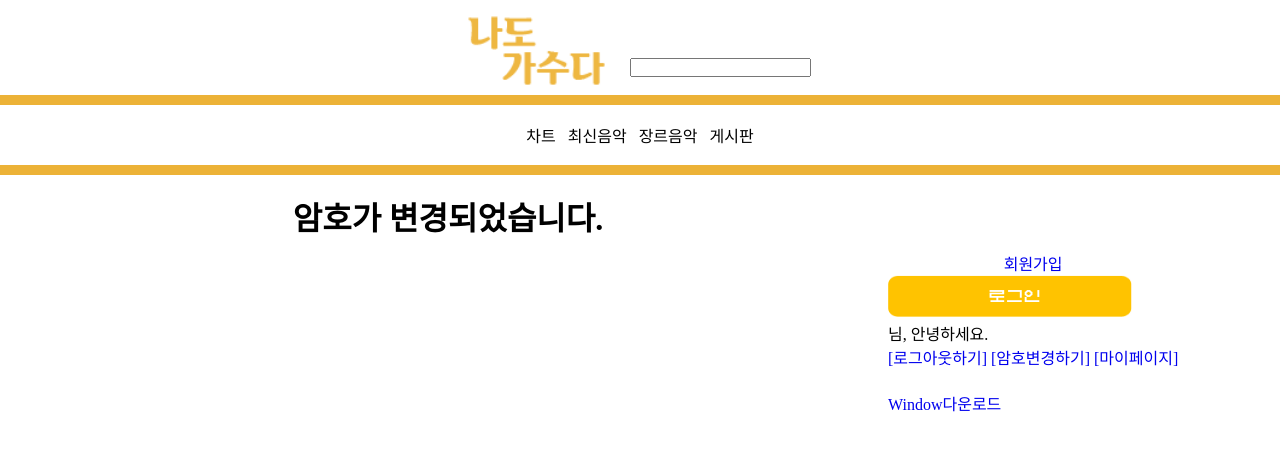
Repository: Ea-Bell/GraduationPortfolio
Page: http://localhost/WebTest/webTest/View/login/changePwdSuccess.jsp
An editor plug-in stored every save of this project. The page is shown before and after the next save, followed by the edit.
The browser window is 1280 px wide. The pictures show the whole page.
The page is served by Tomcat 9. Nobody is signed in. The application's start-up code is not run. Other server files are loaded and not shown.

Above is the page before, as saved 2020-09-16 10:16:54.

### WEB_Server/WebTest/WebContent/webTest/View/login/changePwdSuccess.jsp
<%@ page language="java" contentType="text/html; charset=UTF-8"
	pageEncoding="UTF-8"%>
<!DOCTYPE html>
<html>
<head>
<link rel="stylesheet" type="text/css"
	href="/webTest/Model/mainForm/mainForm.css" />
<script type="text/javascript" src="/webTest/Model/mainForm/mainForm.js"></script>

<meta charset="UTF-8">
<title>비밀번호 변경완료</title>
</head>
<body>

<header>
	<div align="center">

		<form action="mainForm.jsp" method="post">
			<!-- 헤더 -->

				<a href="/index" style="background: white;">
					 <img src="/webTest/img/logo.png"
					 style="position: relative; top: 15px; left: 0px; width: 140px; width:140px"></a>
					  <input type="text" onclick=""
					style="position: relative; left: 20px;">
				&nbsp;&nbsp;&nbsp;&nbsp;&nbsp; <br>
				<br>

				<hr id="head_line" size="10px" color="#ECB237">

				<br> <a href="" onmouseover="TextMover()"
					onmouseout="TextMount()" id="nav" style="color: black;">차트</a>
				&nbsp; <a href="/webTest/View/fileUpLoad/fileList.jsp" onmouseover="TextMover2()"
					onmouseout="TextMount2()" id="nav2" style="color: black;">최신음악</a>
				&nbsp; <a href="" onmouseover="TextMover3()"
					onmouseout="TextMount3()" id="nav3" style="color: black;">장르음악</a>
						&nbsp; <a href="/webTest/article/list.jsp"  id="nav3" style="color: black;">게시판</a>
				<br>
				<br>
		</form>



	</div>
</header>
		<hr id="head_line" size="10px" color="#ECB237">
		<br>
	<!-- 콘텐츠 -->
<div>


<div  style="float:left; width: 70%">
<div align="center" >
<h1>암호가 변경되었습니다.</h1>
</div>
	</div>



	<div style="padding:10px; width: 30%; float: right;">
		<aside id="main_aside">

			<table border="0">
				<tr>
					<td><c:if test="${empty authUser }">
							<div align="center"><a href=""></a> <a href="/webTest/login/signUp.jsp">회원가입</a></div>
							<a href="/webTest/login/login.jsp" ><img alt="" src="/webTest/img/login/login.png" style="height: 42px; width: 244px;"></a>
							<br>

						</c:if> <c:if test="${!empty authUser}">
				${authUser.nickname}님, 안녕하세요.<br />
							<a href="/LogoutHandler">[로그아웃하기]</a>
							<a href="changePwdForm.jsp">[암호변경하기]</a>
									<a href="/webTest/list/newMusicForm.jsp">[마이페이지]</a>
						</c:if></td>
				</tr>
			</table>

			<br>
			<table border="0">
				<tr>

					<td>
				<a href="/webTest/나는가수다.msi" download=>Window다운로드</a>
					</td>

				</tr>
			</table>

		</aside>
		</div>

		</div>

	<!-- 바텀 -->
	<div align="center">



	</div>

</body>
</html>

### WEB_Server/WebTest/WebContent/webTest/Model/mainForm/mainForm.css
@charset "UTF-8";
body{
	position: relative;
}

*{ margin:0; padding :0;}

img{border: 0; width:16px ; height: 16 px;}


#content{
	/* 중앙 정렬*/
	width: 960px;

	/* 수평 레이아웃 구성 */
	overflow: hidden;
}
#content > #main_section
{
	width: 650px;
	float: left;			/* 왼쪽에 붙입니다*/
}

#content > #main_aside{
	height:30%;
	width : 25%;
	float: right;           /*오른쪽에 붙입니다.*/
	margin-bottom: 20px;
	padding: 10px;

	color: #ff8000;


}



#content > #main_bside{

	width : 30%;
	height:0%;
	float: left;           /*왼쪽에 붙입니다.*/
	margin-bottom: 20px;
	padding: 10px;


}
#content > #main_cside{
	width :70%;
	height: 0%;
	float: none;           /*가운데에 붙입니다.*/
	margin-bottom: 20px;
	padding: 10px;
	border: 1px solid #e4e4e4;
	color: #ff8000;
	background-color:ff8000;
}

#textcolor{
	border: 1px solid #e4e4e4;
	color: #ff8000;
	background-color:ff8000;
}

#hr
{

}
#nav
{
	 font-family: ""
}
#winFont{
	font-family: "돋음";
	color: #1A1A1A;
}
a {
  text-decoration: none;
}

### WEB_Server/WebTest/WebContent/webTest/Model/mainForm/mainForm.js
/**
 *
 */

//문자나 이미지가 밖으로 나갔을경우
function TextMover() {
	var dama = document.getElementById('nav');
	dama.style.color="Red";
}
function ImgMover() {

}
function TextMover2() {
	var dama = document.getElementById('nav2');
	dama.style.color="Red";
}
function TextMover3() {
	var dama = document.getElementById('nav3');
	dama.style.color="Red";
}
//문자나 이미지가 밖으로 갔을경우
function TextMount() {
	var dama = document.getElementById('nav');
	dama.style.color="Black";
}
function TextMount2() {
	var dama = document.getElementById('nav2');
	dama.style.color="Black";
}
function TextMount3() {
	var dama = document.getElementById('nav3');
	dama.style.color="Black";
}
function ImgMount() {

}

After the next save:
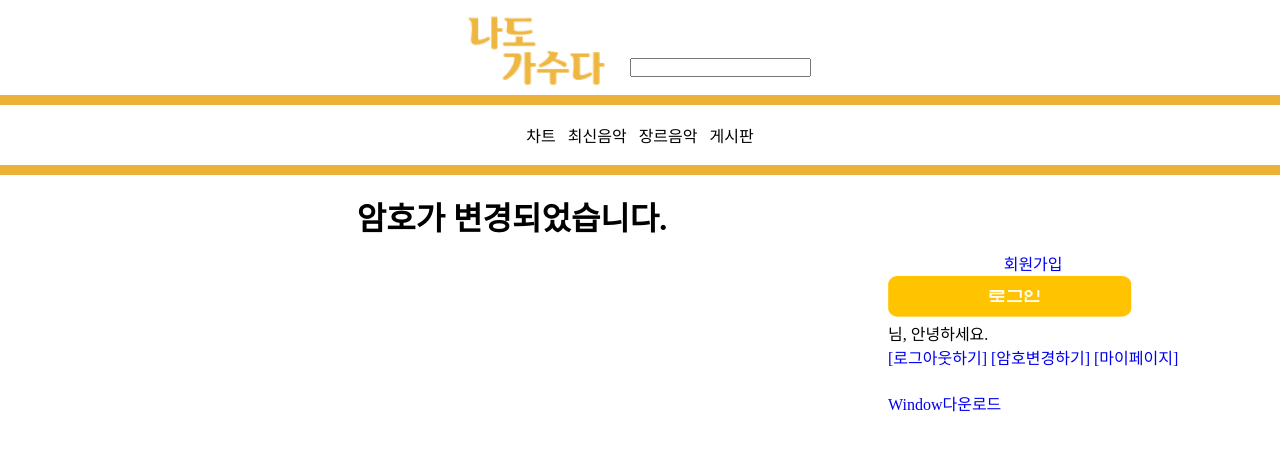
Saved 6 s later.
--- a/WEB_Server/WebTest/WebContent/webTest/View/login/changePwdSuccess.jsp
+++ b/WEB_Server/WebTest/WebContent/webTest/View/login/changePwdSuccess.jsp
@@ -49,7 +49,7 @@
 <div>
 
 
-<div  style="float:left; width: 70%">
+<div  style="float:left; width: 80%">
 <div align="center" >
 <h1>암호가 변경되었습니다.</h1>
 </div>

After the save that followed:
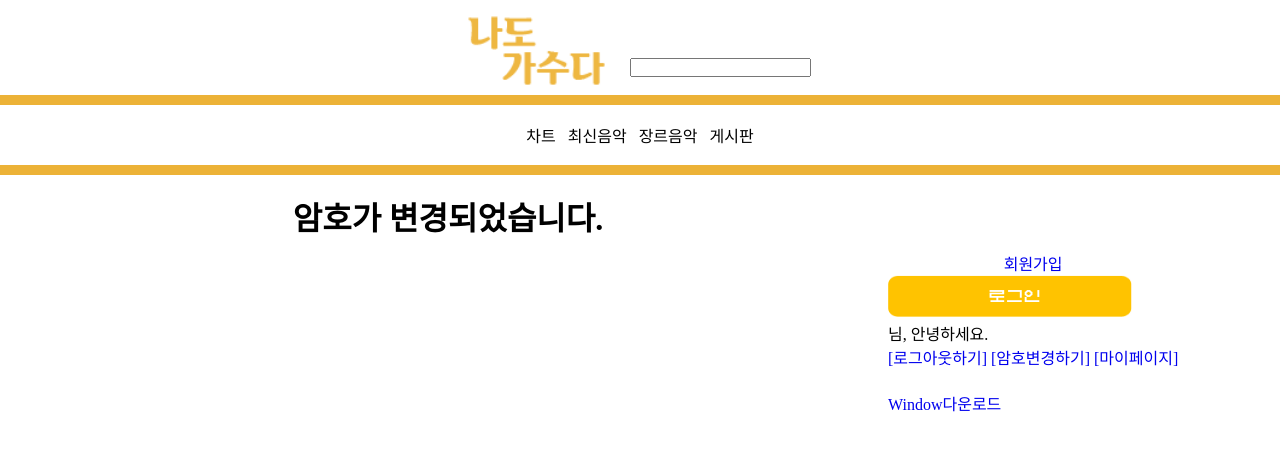
Saved 6 s later.
--- a/WEB_Server/WebTest/WebContent/webTest/View/login/changePwdSuccess.jsp
+++ b/WEB_Server/WebTest/WebContent/webTest/View/login/changePwdSuccess.jsp
@@ -49,7 +49,7 @@
 <div>
 
 
-<div  style="float:left; width: 80%">
+<div  style="float:left; width: 70%">
 <div align="center" >
 <h1>암호가 변경되었습니다.</h1>
 </div>
